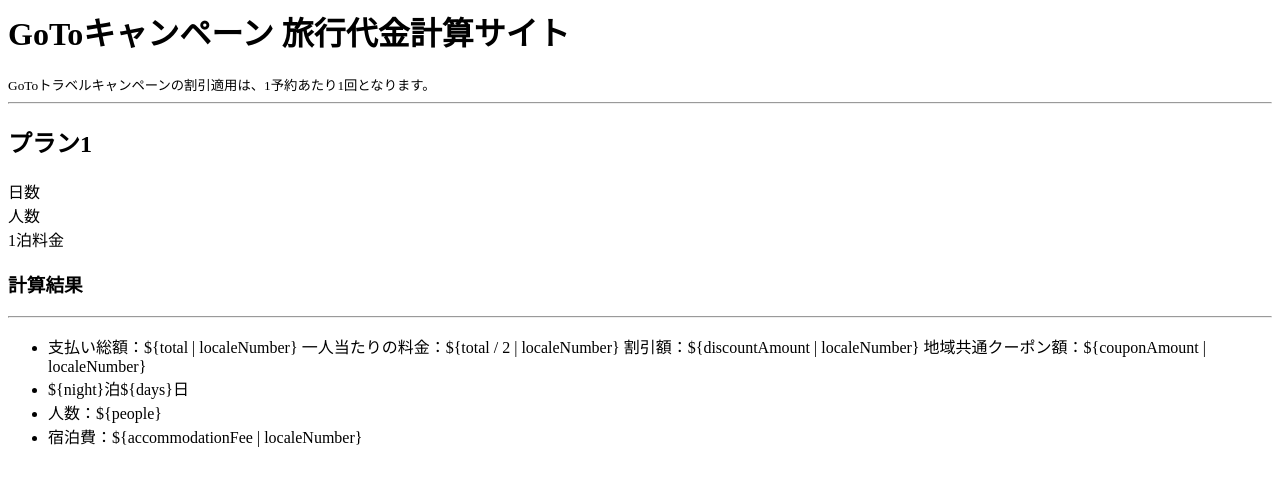
Repository: Ischca/ischca.github.io
Page: src/my-app.html
The author's editor kept a copy of each file at every save. The page is drawn from the files as they stood at one save, then again after a run of saves.
The browser window is 1280 px wide. The pictures show the whole page.

Above is the page before, as saved 2020-10-02 16:58:38.

After the next 2 saves:
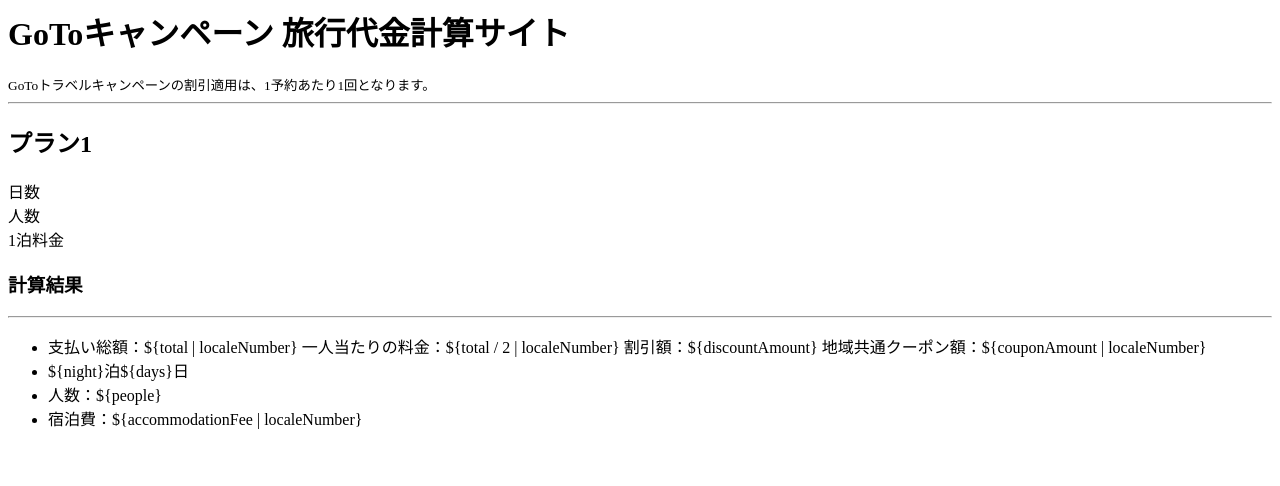
The 2 saves are shown as one change because they came seconds apart.
The last was saved 2 min 28 s later.
--- a/src/my-app.html
+++ b/src/my-app.html
@@ -56,7 +56,7 @@
             <li class="list-group-item">
                 支払い総額：${total | localeNumber}
                 一人当たりの料金：${total / 2 | localeNumber}
-                割引額：${discountAmount | localeNumber}
+                割引額：${discountAmount}
                 地域共通クーポン額：${couponAmount | localeNumber}
             </li>
             <li class="list-group-item">
